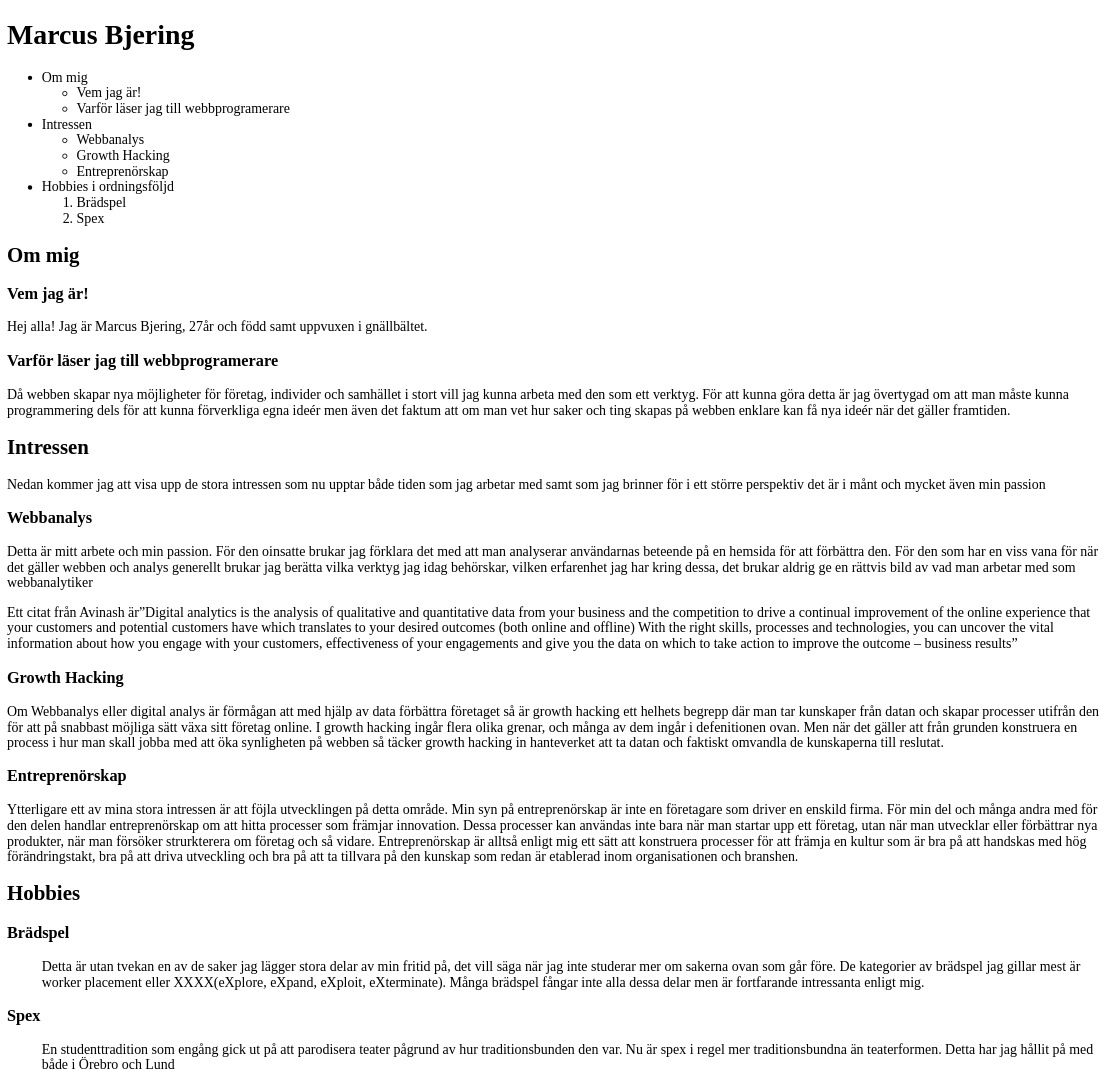
Repository: mb223ks/1IK415-laborationer
Page: pages/presentation.html
The author's editor kept a record of every edit. The page is drawn from the files as they stood at one moment, then again after the next edit.
The browser window is 1280 px wide. The pictures show the whole page, at 87% of full size.

Above is the page before.

After the next edit:
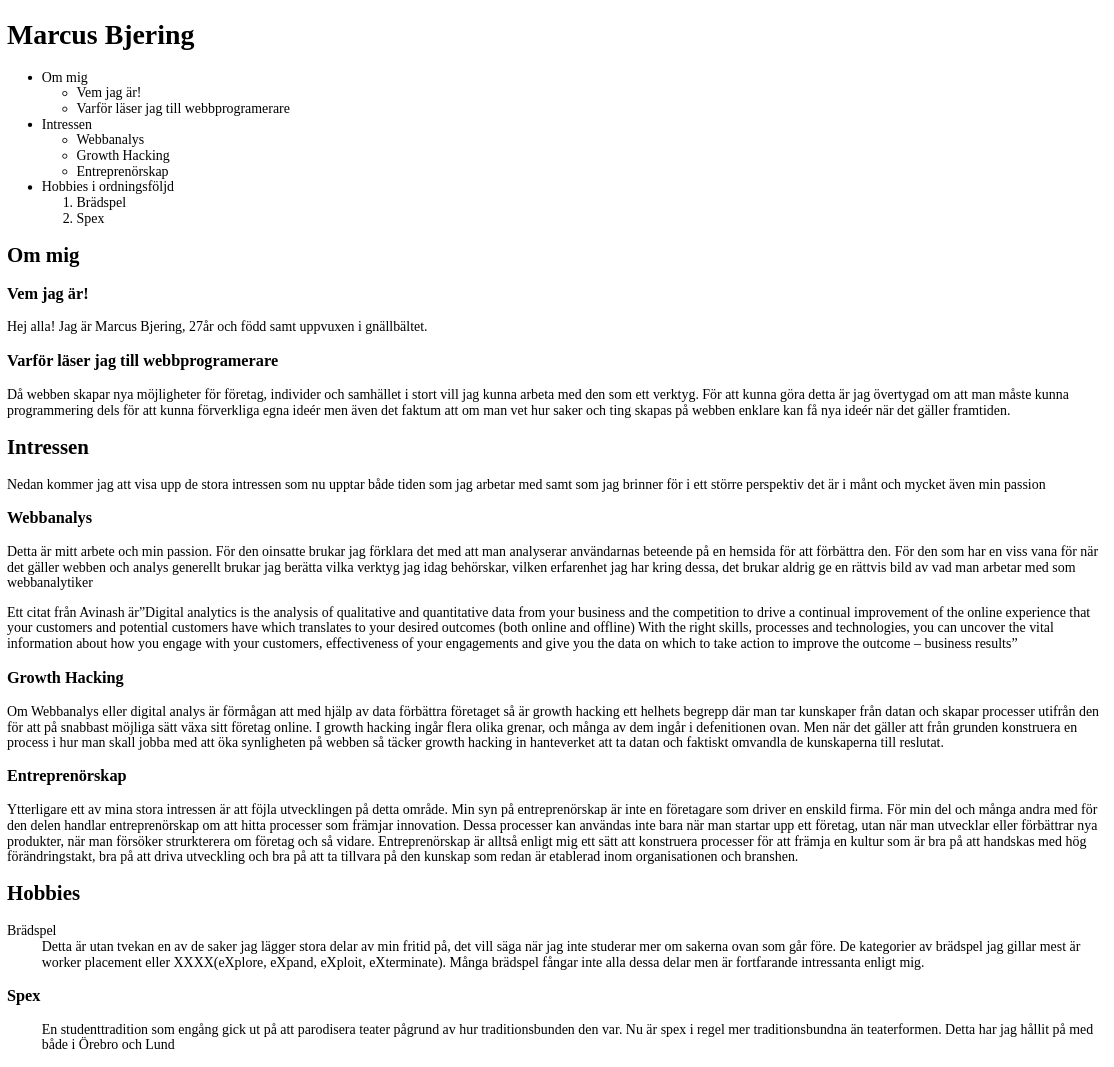
The edit:
--- a/pages/presentation.html
+++ b/pages/presentation.html
@@ -45,7 +45,7 @@
             <p>Ytterligare ett av mina stora intressen är att föjla utvecklingen på detta område. Min syn på entreprenörskap är inte en företagare som driver en enskild firma. För min del och många andra med för den delen handlar entreprenörskap om att hitta processer som främjar innovation. Dessa processer kan användas inte bara när man startar upp ett företag, utan när man utvecklar eller förbättrar nya produkter, när man försöker strurkterera om företag och så vidare. Entreprenörskap är alltså enligt mig ett sätt att konstruera processer för att främja en kultur som är bra på att handskas med hög förändringstakt, bra på att driva utveckling och bra på att ta tillvara på den kunskap som redan är etablerad inom organisationen och branshen.</p>
         <h2>Hobbies</h2>
         <dl>
-            <h3><dt>Brädspel</dt></h3>
+            <dt>Brädspel</dt></h3>
                 <dd>Detta är utan tvekan en av de saker jag lägger stora delar av min fritid på, det vill säga när jag inte studerar mer om sakerna ovan som går före. De kategorier av brädspel jag gillar mest är worker placement eller XXXX(eXplore, eXpand, eXploit, eXterminate). Många brädspel fångar inte alla dessa delar men är fortfarande intressanta enligt mig.</dd>
             <h3><dt>Spex</dt></h3>
                 <dd>En studenttradition som engång gick ut på att parodisera teater pågrund av hur traditionsbunden den var. Nu är spex i regel mer traditionsbundna än teaterformen. Detta har jag hållit på med både i Örebro och Lund</dd>
